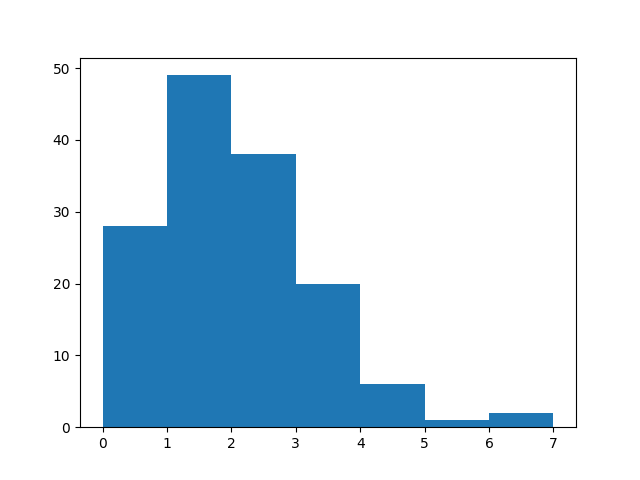
Repository: nelsonalexandrino/python_matplotlib_datavisualization_
Script's output: python Histograms.py
An editor plug-in stored every save of this project. The script's output is shown before and after the next save, followed by the edit.
Random numbers start from a fixed seed.

Above is the script's output before, as saved 2019-08-25 12:47:15.

### Histograms.py
import matplotlib.pyplot as pyplot

with open('Goals.txt', 'r') as file:
    HomeTeamGoals = [int(x) for x in file.readline().strip(
        '\n').strip(' ').split(' ')]
    AwayTeamGoals = [int(x) for x in file.readline().strip(
        '\n').strip(' ').split(' ')]


pyplot.hist(HomeTeamGoals, bins=range(8),
            label='Home team gols')
pyplot.show()

### Goals.txt
6 0 2 1 2 1 2 2 2 0 1 3 0 3 1 0 4 1 3 3 6 2 0 0 4 1 2 1 1 0 1 3 0 1 1 1 3 1 3 0 2 2 2 1 2 2 1 2 1 2 1 2 4 0 1 1 2 2 2 0 2 2 0 0 2 3 2 2 3 0 3 3 0 1 0 0 2 1 1 3 1 3 1 1 0 2 0 3 3 3 2 0 0 1 4 1 0 2 1 1 2 2 0 2 1 1 2 3 1 4 4 1 2 2 2 1 0 0 5 1 1 1 0 1 1 0 2 1 3 2 1 1 1 0 1 1 3 2 1 3 1 2 1 1
0 2 1 0 0 1 1 1 2 2 0 1 2 1 0 0 4 2 0 1 0 1 4 0 1 3 0 1 0 2 5 0 0 1 3 2 1 0 3 1 3 0 1 1 1 1 1 2 0 0 2 0 0 0 1 1 2 1 1 0 1 1 1 3 0 1 1 1 3 3 1 0 0 3 2 0 0 3 2 0 0 0 1 0 3 5 2 2 1 1 3 0 1 0 2 2 1 2 2 4 1 1 0 2 1 1 1 1 3 1 0 1 1 1 3 1 2 0 0 1 0 0 1 0 0 1 2 0 1 0 1 1 0 1 2 1 0 1 2 0 1 0 1 2

After the next save:
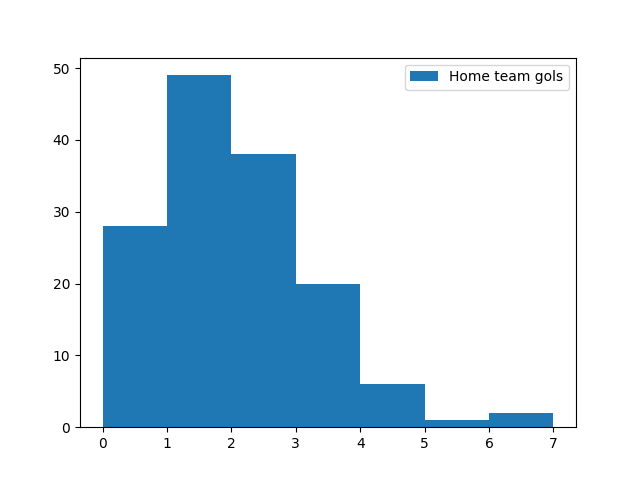
Saved 25 s later.
--- a/Histograms.py
+++ b/Histograms.py
@@ -9,4 +9,5 @@ with open('Goals.txt', 'r') as file:
 
 pyplot.hist(HomeTeamGoals, bins=range(8),
             label='Home team gols')
+pyplot.legend()
 pyplot.show()
